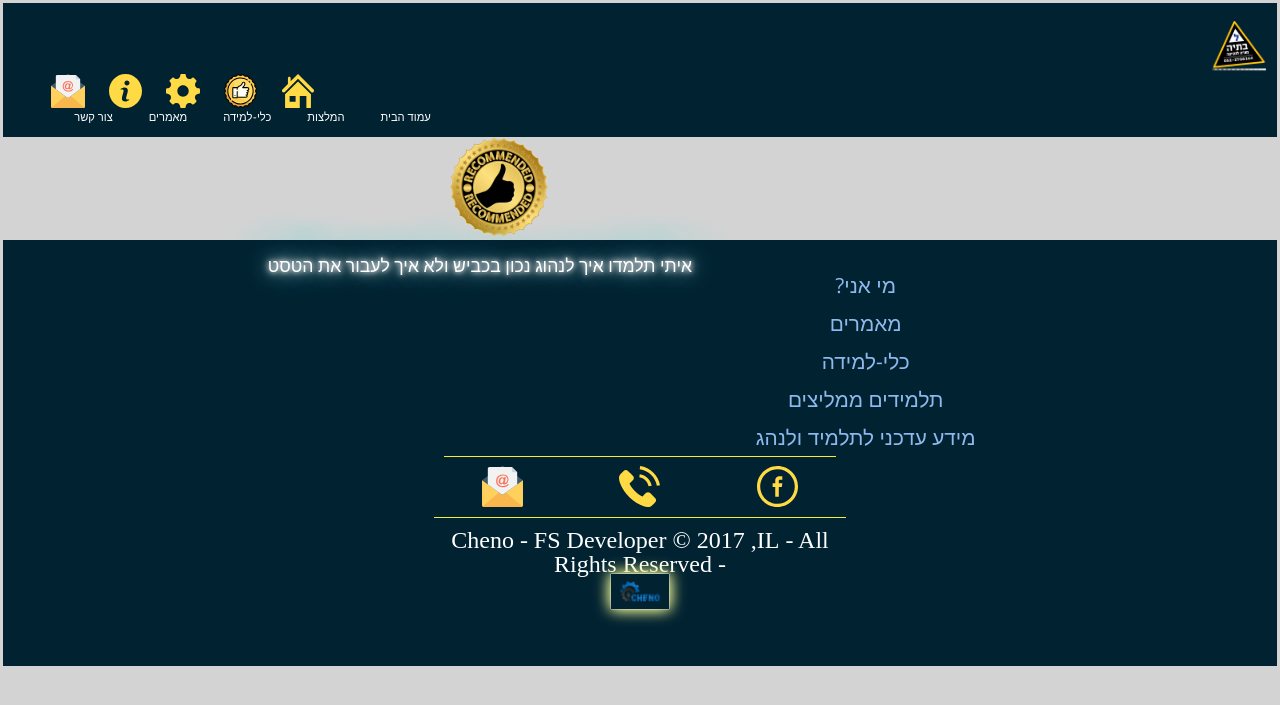
Repository: ChenGinsberg/BatyaLamed-site
Page: recommendsPage.html
The author's editor kept a copy of each file at every save. The page is drawn from the files as they stood at one save, then again after the next save.
The browser window is 1280 px wide. The pictures show the whole page.
Some web libraries are served in a nearby version.

Above is the page before, as saved 2017-11-15 00:03:36.

After the next save:
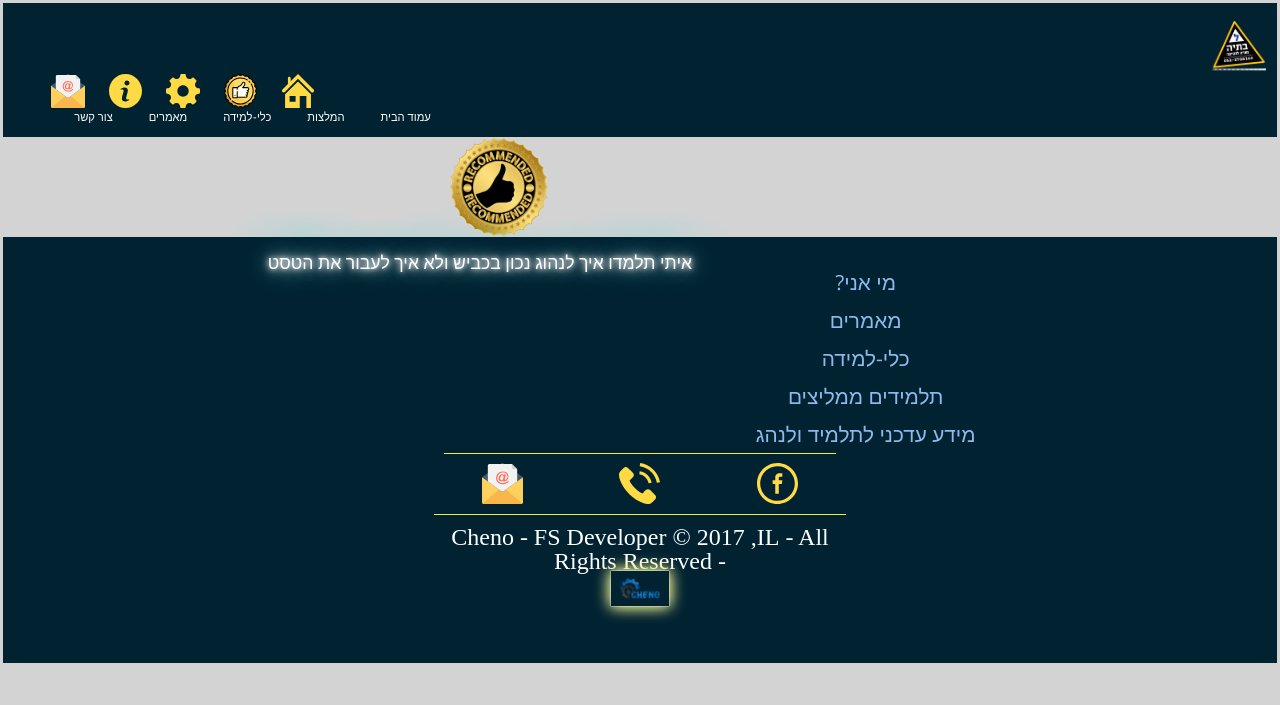
Saved 23 s later.
--- a/style/recommendsPage.css
+++ b/style/recommendsPage.css
@@ -3,3 +3,7 @@
     position: relative;
     left: 35%;
 }
+
+.flexTest {
+    display: flex;
+}
